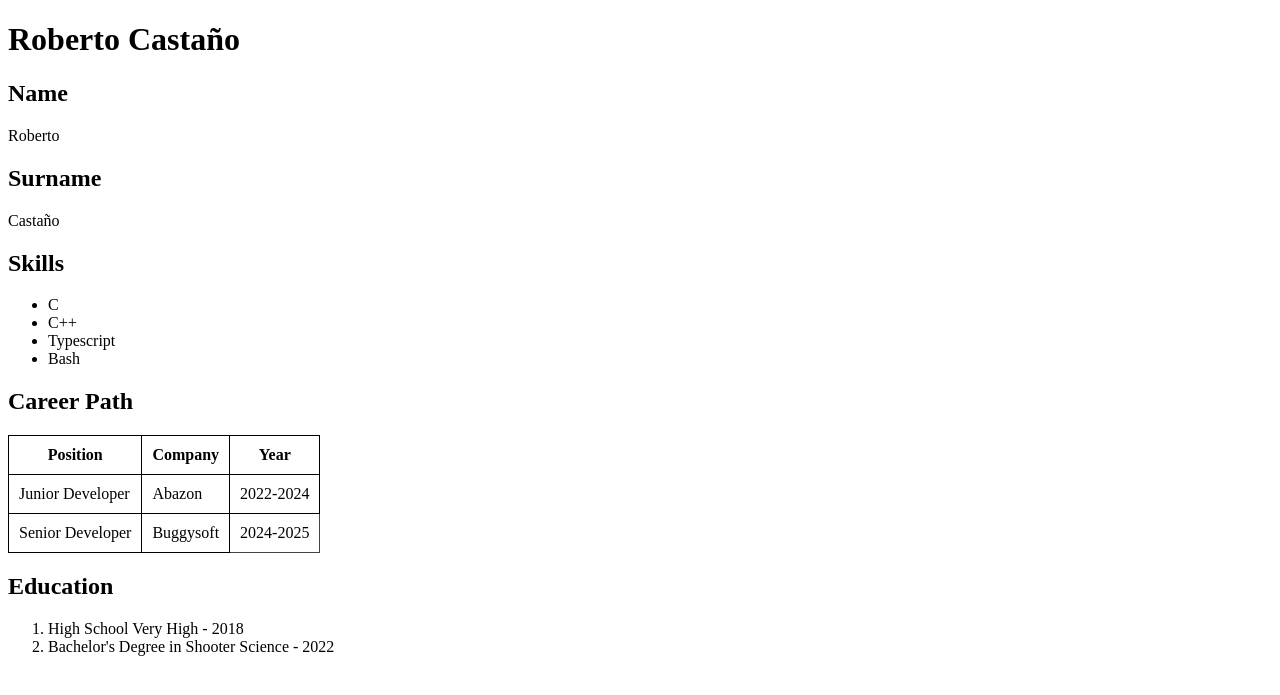
Repository: cronopi/django
Page: Training-Python-Django-0 1/ex01/cv.html
These files come from the project's save history. The page is drawn as it stood at one moment and after the next save; the edit follows.
The browser window is 1280 px wide. The pictures show the whole page.

Above is the page before, as saved 2026-03-10 12:32:03.

### Training-Python-Django-0 1/ex01/cv.html
<!DOCTYPE html>
<html>

<head>
	<title>Resume - Roberto Castaño</title>
	<style>
		table {
			border-collapse: collapse;
			border: 1px solid black;
		}

		table th,
		table td {
			border: 1px solid black;
			padding: 10px;
		}
	</style>
</head>

<body>
	<h1>Roberto Castaño</h1>

	<h2>Name</h2>
	<p>Roberto</p>
	<h2>Surname</h2>
	<p>Castaño</p>

	<h2>Skills</h2>
	<ul>
		<li>C</li>
		<li>C++</li>
		<li>Typescript</li>
		<li>Bash</li>
	</ul>

	<h2>Career Path</h2>
	<table>
		<tr>
			<th>Position</th>
			<th>Company</th>
			<th>Year</th>
		</tr>
		<tr>
			<td>Junior Developer</td>
			<td>Abazon</td>
			<td>2022-2024</td>
		</tr>
		<tr>
			<td>Senior Developer</td>
			<td>Buggysoft</td>
			<td style="border-color: #424242;">2024-2025</td>
		</tr>
	</table>

	<h2>Education</h2>
	<ol>
		<li>High School Very High - 2018</li>
		<li>Bachelor's Degree in Shooter Science - 2022</li>
	</ol>

</body>

</html>

After the next save:
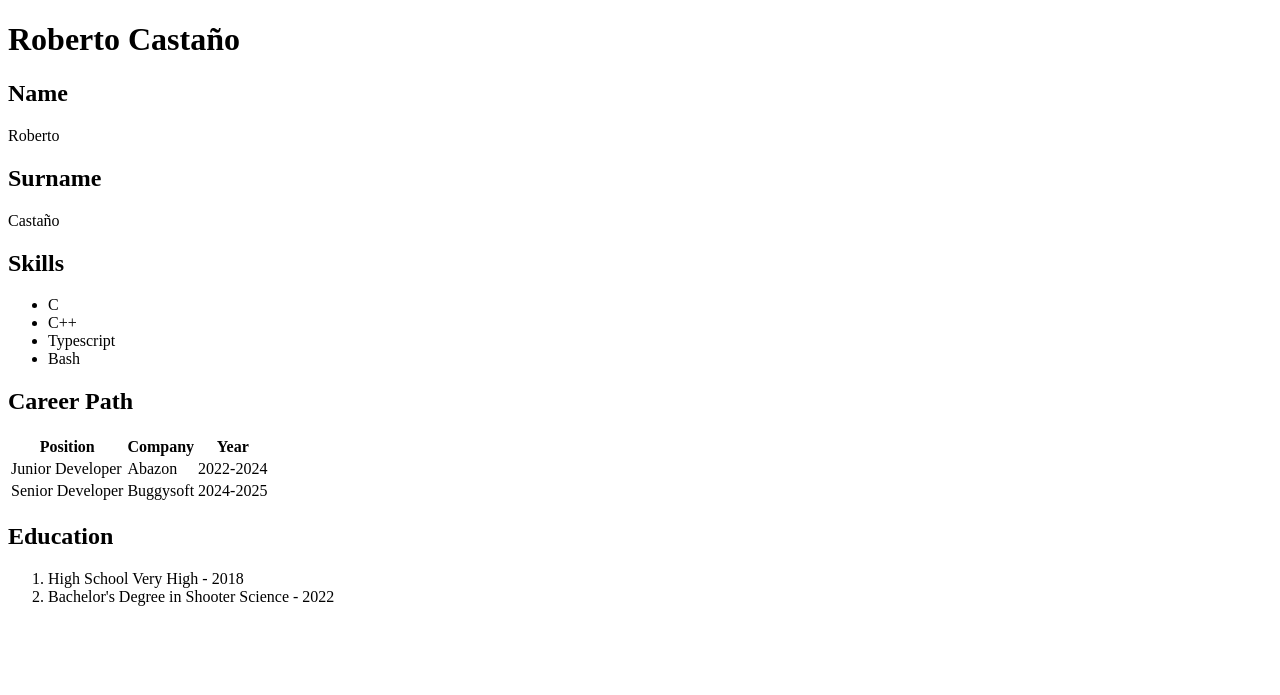
Saved 49 s later.
--- a/Training-Python-Django-0 1/ex01/cv.html
+++ b/Training-Python-Django-0 1/ex01/cv.html
@@ -3,18 +3,6 @@
 
 <head>
 	<title>Resume - Roberto Castaño</title>
-	<style>
-		table {
-			border-collapse: collapse;
-			border: 1px solid black;
-		}
-
-		table th,
-		table td {
-			border: 1px solid black;
-			padding: 10px;
-		}
-	</style>
 </head>
 
 <body>

After the save that followed:
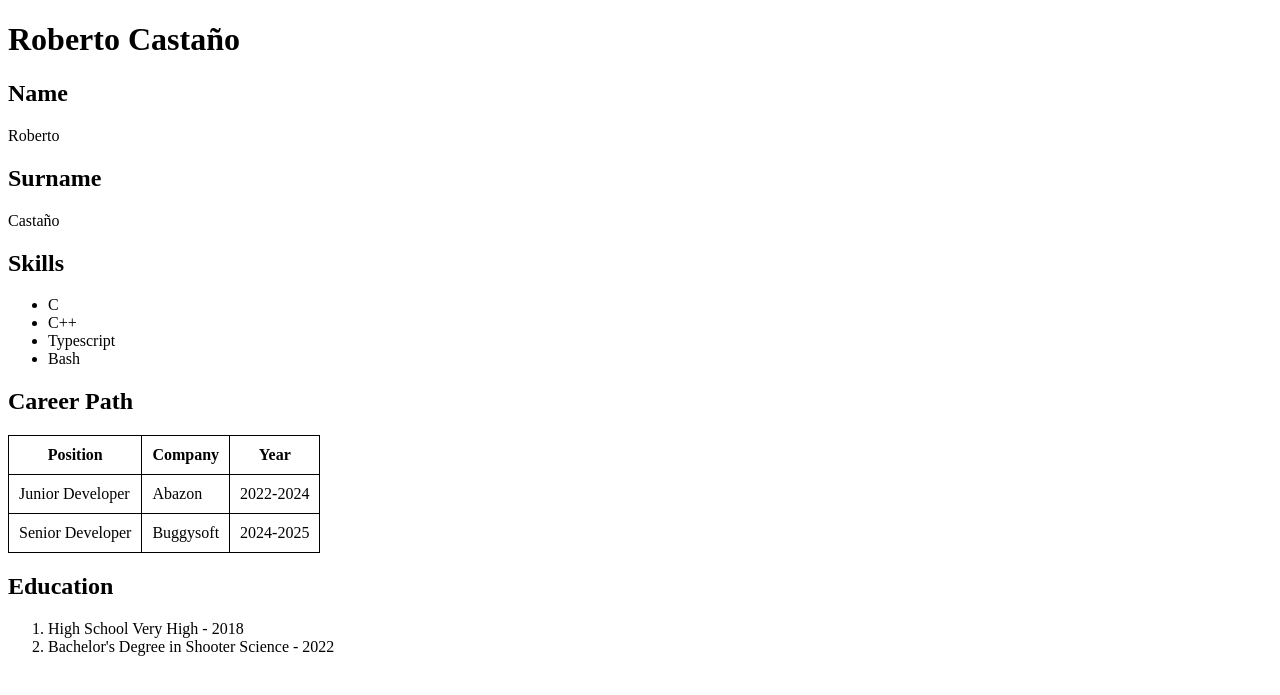
Saved 2 min 21 s later.
--- a/Training-Python-Django-0 1/ex01/cv.html
+++ b/Training-Python-Django-0 1/ex01/cv.html
@@ -3,6 +3,16 @@
 
 <head>
 	<title>Resume - Roberto Castaño</title>
+	<style>
+		table {
+			border-collapse: collapse;
+			border: 1px solid black;
+		}
+		table th, table td {
+			border: 1px solid black;
+			padding: 10px;
+		}
+	</style>
 </head>
 
 <body>
@@ -36,7 +46,7 @@
 		<tr>
 			<td>Senior Developer</td>
 			<td>Buggysoft</td>
-			<td style="border-color: #424242;">2024-2025</td>
+			<td>2024-2025</td>
 		</tr>
 	</table>
 
